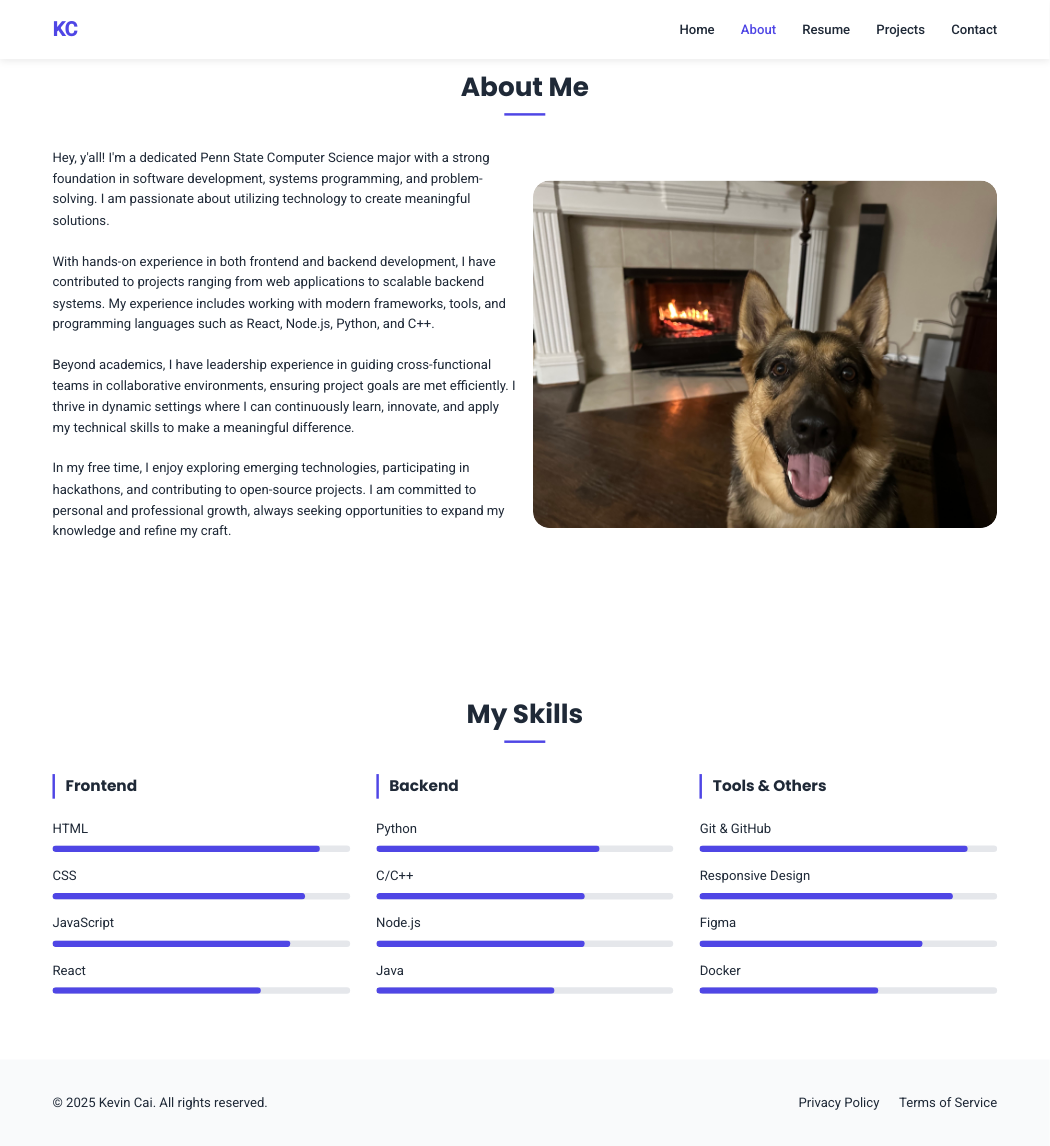
Repository: itskevbo/E-Portfolio
Page: pages/about.html
An editor plug-in stored every save of this project. The page is shown before and after the next save, followed by the edit.
The browser window is 1280 px wide. The pictures show the whole page, at 82% of full size.

Above is the page before, as saved 2025-04-22 23:27:30.

### pages/about.html
<!DOCTYPE html>
<html lang="en">
<head>
    <meta charset="UTF-8">
    <meta name="viewport" content="width=device-width, initial-scale=1.0">
    <title>Kevin Cai | About Me</title>
    <meta name="description" content="Learn more about Kevin Cai and his background">

    <!-- Favicon -->
    <link rel="icon" href="../assets/images/favicon.ico">

    <!-- CSS -->
    <link rel="stylesheet" href="../styles/main.css">

    <!-- Google Fonts -->
    <link rel="preconnect" href="https://fonts.googleapis.com">
    <link rel="preconnect" href="https://fonts.gstatic.com" crossorigin>
    <link href="https://fonts.googleapis.com/css2?family=Poppins:wght@300;400;500;700&family=Roboto:wght@400;500&display=swap" rel="stylesheet">

    <!-- Scroll Reveal (ScrollReveal.js) -->
    <script src="https://unpkg.com/scrollreveal@4.0.9/dist/scrollreveal.min.js"></script>
</head>
<body>
    <!-- Header Component -->
    <header class="header" id="header">
        <div class="container">
            <div class="header__logo">
                <a href="../index.html" class="logo">KC</a>
            </div>

            <nav class="header__nav" id="nav-menu">
                <ul class="header__nav-list">
                    <li class="header__nav-item"><a href="../index.html" class="header__nav-link">Home</a></li>
                    <li class="header__nav-item"><a href="about.html" class="header__nav-link active">About</a></li>
                    <li class="header__nav-item"><a href="resume.html" class="header__nav-link">Resume</a></li>
                    <li class="header__nav-item"><a href="projects.html" class="header__nav-link">Projects</a></li>
                    <li class="header__nav-item"><a href="contact.html" class="header__nav-link">Contact</a></li>
                </ul>

                <div class="header__nav-toggle" id="nav-toggle">
                    <span></span>
                    <span></span>
                    <span></span>
                </div>
            </nav>
        </div>
    </header>

    <main>
        <!-- About Section Component -->
        <section class="about section" id="about">
            <div class="container">
            <h2 class="section__title">About Me</h2>
                <div class="about__content" style="display: flex; align-items: center; gap: 20px;">
                    <div class="about__text" style="flex: 1;">
                        <p>Hey, y'all! I'm a dedicated Penn State Computer Science major with a strong foundation in software development, systems programming, and problem-solving. I am passionate about utilizing technology to create meaningful solutions.</p>
                        <p>With hands-on experience in both frontend and backend development, I have contributed to projects ranging from web applications to scalable backend systems. My experience includes working with modern frameworks, tools, and programming languages such as React, Node.js, Python, and C++.</p>
                        <p>Beyond academics, I have leadership experience in guiding cross-functional teams in collaborative environments, ensuring project goals are met efficiently. I thrive in dynamic settings where I can continuously learn, innovate, and apply my technical skills to make a meaningful difference.</p>
                        <p>In my free time, I enjoy exploring emerging technologies, participating in hackathons, and contributing to open-source projects. I am committed to personal and professional growth, always seeking opportunities to expand my knowledge and refine my craft.</p>
                    </div>
                    <div class="about__image" style="flex: 1; overflow: hidden; border-radius: 20px; display: flex; justify-content: center; align-items: center;">
                        <img src="../assets/images/placeholder.jpeg" alt="About Image" class="about__image-img" style="width: 100%; height: auto; object-fit: cover; border-radius: inherit;">
                    </div>
                </div>
            </div>
        </section>

        <!-- Skills Section Component -->
        <section class="skills section" id="skills">
            <div class="container">
                <h2 class="section__title">My Skills</h2>
                <div class="skills__content">
                    <div class="skills__category">
                        <h3 class="skills__category-title">Frontend</h3>
                        <div class="skills__list">
                            <div class="skill-item">
                                <span class="skill-item__name">HTML</span>
                                <div class="skill-item__bar">
                                    <div class="skill-item__progress" style="width: 90%"></div>
                                </div>
                            </div>
                            <div class="skill-item">
                                <span class="skill-item__name">CSS</span>
                                <div class="skill-item__bar">
                                    <div class="skill-item__progress" style="width: 85%"></div>
                                </div>
                            </div>
                            <div class="skill-item">
                                <span class="skill-item__name">JavaScript</span>
                                <div class="skill-item__bar">
                                    <div class="skill-item__progress" style="width: 80%"></div>
                                </div>
                            </div>
                            <div class="skill-item">
                                <span class="skill-item__name">React</span>
                                <div class="skill-item__bar">
                                    <div class="skill-item__progress" style="width: 70%"></div>
                                </div>
                            </div>
                        </div>
                    </div>

                    <div class="skills__category">
                        <h3 class="skills__category-title">Backend</h3>
                        <div class="skills__list">
                            <div class="skill-item">
                                <span class="skill-item__name">Python</span>
                                <div class="skill-item__bar">
                                    <div class="skill-item__progress" style="width: 75%"></div>
                                </div>
                            </div>
                            <div class="skill-item">
                                <span class="skill-item__name">C/C++</span>
                                <div class="skill-item__bar">
                                    <div class="skill-item__progress" style="width: 70%"></div>
                                </div>
                            </div>
                            <div class="skill-item">
                                <span class="skill-item__name">Node.js</span>
                                <div class="skill-item__bar">
                                    <div class="skill-item__progress" style="width: 70%"></div>
                                </div>
                            </div>
                            <div class="skill-item">
                                <span class="skill-item__name">Java</span>
                                <div class="skill-item__bar">
                                    <div class="skill-item__progress" style="width: 60%"></div>
                                </div>
                            </div>
                        </div>
                    </div>

                    <div class="skills__category">
                        <h3 class="skills__category-title">Tools & Others</h3>
                        <div class="skills__list">
                            <div class="skill-item">
                                <span class="skill-item__name">Git & GitHub</span>
                                <div class="skill-item__bar">
                                    <div class="skill-item__progress" style="width: 90%"></div>
                                </div>
                            </div>
                            <div class="skill-item">
                                <span class="skill-item__name">Responsive Design</span>
                                <div class="skill-item__bar">
                                    <div class="skill-item__progress" style="width: 85%"></div>
                                </div>
                            </div>
                            <div class="skill-item">
                                <span class="skill-item__name">Figma</span>
                                <div class="skill-item__bar">
                                    <div class="skill-item__progress" style="width: 75%"></div>
                                </div>
                            </div>
                            <div class="skill-item">
                                <span class="skill-item__name">Docker</span>
                                <div class="skill-item__bar">
                                    <div class="skill-item__progress" style="width: 60%"></div>
                                </div>
                            </div>
                        </div>
                    </div>
                </div>
            </div>
        </section>
    </main>

    <!-- Footer Component -->
    <footer class="footer">
        <div class="container">
            <div class="footer__content">
                <p>&copy; 2025 Kevin Cai. All rights reserved.</p>
                <div class="footer__links">
                    <a href="#" class="footer__link">Privacy Policy</a>
                    <a href="#" class="footer__link">Terms of Service</a>
                </div>
            </div>
        </div>
    </footer>

    <!-- JS -->
    <script src="../scripts/main.js"></script>
</body>
</html>

### styles/main.css
/*=============== VARIABLES ===============*/
:root {
    /* Colors */
    --primary-color: #4f46e5;
    --primary-color-alt: #2f24a5;
    --secondary-color: #3b82f6;
    --accent-color: #8b5cf6;
    --text-color: #1f2937;
    --text-color-light: #6b7280;
    --body-color: #ffffff;
    --container-color: #f9fafb;
    --border-color: #e5e7eb;
    --success-color: #10b981;
    --error-color: #ef4444;

    /* Typography */
    --body-font: 'Roboto', sans-serif;
    --heading-font: 'Poppins', sans-serif;
    --h1-font-size: 2.5rem;
    --h2-font-size: 2rem;
    --h3-font-size: 1.5rem;
    --normal-font-size: 1rem;
    --small-font-size: 0.875rem;
    --smaller-font-size: 0.75rem;

    /* Font weights */
    --font-light: 300;
    --font-regular: 400;
    --font-medium: 500;
    --font-bold: 700;

    /* Z-index */
    --z-tooltip: 10;
    --z-fixed: 100;

    /* Transitions */
    --transition: all 0.3s ease;
}

/*=============== BASE ===============*/
* {
    margin: 0;
    padding: 0;
    box-sizing: border-box;
}

html {
    scroll-behavior: smooth;
}

body {
    font-family: var(--body-font);
    font-size: var(--normal-font-size);
    color: var(--text-color);
    background-color: var(--body-color);
    line-height: 1.6;
}

h1, h2, h3 {
    font-family: var(--heading-font);
    font-weight: var(--font-bold);
    color: var(--text-color);
}

ul {
    list-style: none;
}

a {
    text-decoration: none;
    color: var(--text-color);
    transition: var(--transition);
}

a:hover {
    color: var(--primary-color);
}

img {
    max-width: 100%;
    height: auto;
}

button,
input,
textarea {
    font-family: var(--body-font);
    font-size: var(--normal-font-size);
    outline: none;
    border: none;
}

button {
    cursor: pointer;
    background: none;
}

/*=============== REUSABLE CLASSES ===============*/
.container {
    max-width: 1200px;
    margin: 0 auto;
    padding: 0 1.5rem;
}

.section {
    padding: 5rem 0;
}

.section__title {
    font-size: var(--h2-font-size);
    text-align: center;
    margin-bottom: 3rem;
    position: relative;
}

.section__title::after {
    content: '';
    position: absolute;
    width: 50px;
    height: 3px;
    background-color: var(--primary-color);
    bottom: -10px;
    left: 50%;
    transform: translateX(-50%);
}

.highlight {
    color: var(--primary-color);
}

.grid {
    display: grid;
    gap: 1.5rem;
}

/*=============== BUTTONS ===============*/
.btn {
    display: inline-flex;
    align-items: center;
    justify-content: center;
    padding: 0.75rem 1.5rem;
    border-radius: 0.5rem;
    font-weight: var(--font-medium);
    transition: var(--transition);
}

.btn-primary {
    background-color: var(--primary-color);
    color: white;
}

.btn-primary:hover {
    background-color: var(--primary-color-alt);
    color: white;
}

.btn-outline {
    border: 2px solid var(--primary-color);
    color: var(--primary-color);
}

.btn-outline:hover {
    background-color: var(--primary-color);
    color: white;
}

/*=============== HEADER & NAV ===============*/
.header {
    position: fixed;
    top: 0;
    left: 0;
    width: 100%;
    background-color: var(--body-color);
    box-shadow: 0 2px 10px rgba(0, 0, 0, 0.1);
    z-index: var(--z-fixed);
}

.header .container {
    display: flex;
    align-items: center;
    justify-content: space-between;
    height: 4.5rem;
}

.header__logo .logo {
    font-size: 1.5rem;
    font-weight: var(--font-bold);
    color: var(--primary-color);
}

.header__nav {
    display: flex;
    align-items: center;
}

.header__nav-list {
    display: flex;
    gap: 2rem;
}

.header__nav-link {
    font-weight: var(--font-medium);
}

.header__nav-link.active {
    color: var(--primary-color);
}

.header__nav-toggle {
    display: none;
    flex-direction: column;
    gap: 5px;
    cursor: pointer;
}

.header__nav-toggle span {
    width: 25px;
    height: 2px;
    background-color: var(--text-color);
    transition: var(--transition);
}

/*=============== HERO ===============*/
.hero {
    min-height: 100vh;
    display: flex;
    align-items: center;
    padding-top: 4.5rem;
}

.hero .container {
    display: grid;
    grid-template-columns: 1fr 1fr;
    align-items: center;
    gap: 2.5rem;
}

.hero__title {
    font-size: var(--h1-font-size);
    margin-bottom: 1rem;
}

.hero__subtitle {
    font-size: var(--h3-font-size);
    color: var(--primary-color);
    margin-bottom: 1.5rem;
}

.hero__description {
    margin-bottom: 2rem;
    max-width: 400px;
}

.hero__actions {
    display: flex;
    gap: 1rem;
}

.hero__image-placeholder {
    background-color: var(--border-color);
    border-radius: 1rem;
    height: 400px;
    width: 100%;
}

/*=============== ABOUT ===============*/
.about__content {
    display: grid;
    grid-template-columns: 1fr 1fr;
    gap: 2.5rem;
    align-items: center;
}

.about__text p {
    margin-bottom: 1.5rem;
}

.about__image-placeholder {
    background-color: var(--border-color);
    border-radius: 1rem;
    height: 400px;
    width: 100%;
}

/*=============== PROJECTS ===============*/
.projects__filter {
    display: flex;
    justify-content: center;
    flex-wrap: wrap;
    gap: 1rem;
    margin-bottom: 2rem;
}

.projects__filter-btn {
    padding: 0.5rem 1.5rem;
    border-radius: 0.5rem;
    color: var(--text-color);
    font-weight: var(--font-medium);
    transition: var(--transition);
}

.projects__filter-btn:hover,
.projects__filter-btn.active {
    background-color: var(--primary-color);
    color: white;
}

.projects__grid {
    display: grid;
    grid-template-columns: repeat(auto-fill, minmax(280px, 1fr));
    gap: 2rem;
}

.project-card {
    background-color: var(--container-color);
    border-radius: 1rem;
    overflow: hidden;
    box-shadow: 0 4px 15px rgba(0, 0, 0, 0.1);
    transition: var(--transition);
}

.project-card:hover {
    transform: translateY(-10px);
    box-shadow: 0 10px 25px rgba(0, 0, 0, 0.2);
}

.project-card__image-placeholder {
    background-color: var(--border-color);
    height: 200px;
    width: 100%;
}

.project-card__content {
    padding: 1.5rem;
}

.project-card__title {
    margin-bottom: 0.75rem;
}

.project-card__description {
    color: var(--text-color-light);
    margin-bottom: 1rem;
}

.project-card__tags {
    display: flex;
    flex-wrap: wrap;
    gap: 0.5rem;
    margin-bottom: 1rem;
}

.tag {
    background-color: rgba(79, 70, 229, 0.1);
    color: var(--primary-color);
    padding: 0.25rem 0.75rem;
    border-radius: 0.5rem;
    font-size: var(--small-font-size);
}

.project-card__links {
    display: flex;
    gap: 1rem;
}

.project-card__link {
    color: var(--text-color-light);
}

.project-card__link:hover {
    color: var(--primary-color);
}

/*=============== SKILLS ===============*/
.skills__content {
    display: grid;
    grid-template-columns: repeat(auto-fit, minmax(300px, 1fr));
    gap: 2rem;
}

.skills__category-title {
    margin-bottom: 1.5rem;
    position: relative;
    display: inline-block;
    padding-left: 1rem;
}

.skills__category-title::before {
    content: '';
    position: absolute;
    width: 3px;
    height: 100%;
    background-color: var(--primary-color);
    left: 0;
    top: 0;
}

.skills__list {
    display: grid;
    gap: 1rem;
}

.skill-item {
    display: grid;
    gap: 0.5rem;
}

.skill-item__name {
    display: flex;
    justify-content: space-between;
}

.skill-item__bar {
    width: 100%;
    height: 8px;
    background-color: var(--border-color);
    border-radius: 1rem;
    overflow: hidden;
}

.skill-item__progress {
    height: 100%;
    background-color: var(--primary-color);
    border-radius: 1rem;
}

/*=============== CONTACT ===============*/
.contact__content {
    display: grid;
    grid-template-columns: 1fr 2fr;
    gap: 2.5rem;
}

.contact__info {
    display: grid;
    gap: 2rem;
}

.contact__info-item {
    display: flex;
    align-items: center;
    gap: 1rem;
}

.contact__social {
    display: flex;
    gap: 1rem;
}

.contact__social-link {
    display: flex;
    align-items: center;
    justify-content: center;
    width: 40px;
    height: 40px;
    border-radius: 50%;
    background-color: var(--container-color);
    color: var(--text-color);
    transition: var(--transition);
}

.contact__social-link:hover {
    background-color: var(--primary-color);
    color: white;
}

.contact__form {
    display: grid;
    gap: 1.5rem;
}

.form-group {
    display: grid;
    gap: 0.5rem;
}

.form-group label {
    font-weight: var(--font-medium);
}

.form-group input,
.form-group textarea {
    width: 100%;
    padding: 0.75rem 1rem;
    border: 1px solid var(--border-color);
    border-radius: 0.5rem;
    background-color: var(--container-color);
    transition: var(--transition);
}

.form-group input:focus,
.form-group textarea:focus {
    border-color: var(--primary-color);
}

.form-group textarea {
    height: 150px;
    resize: none;
}

/*=============== FOOTER ===============*/
.footer {
    background-color: var(--container-color);
    padding: 2.5rem 0;
}

.footer__content {
    display: flex;
    justify-content: space-between;
    align-items: center;
}

.footer__links {
    display: flex;
    gap: 1.5rem;
}

/*=============== PAGE TRANSITIONS ===============*/
/** Simple page transitions for now
 *  My goal is to try to add more complex animations later
 */
.page-transition {
    animation: fadeIn 1.0s ease forwards;
}

@keyframes fadeIn {
    from {
        opacity: 0;
    }
    to {
        opacity: 1;
    }
}

@keyframes fadeOut {
    from {
        opacity: 1;
    }
    to {
        opacity: 0;
    }
}

.fade-out {
    animation: fadeOut 1.0s ease forwards;
}

/*=============== MEDIA QUERIES ===============*/
/* For medium devices */
@media screen and (max-width: 968px) {
    :root {
        --h1-font-size: 2.25rem;
        --h2-font-size: 1.75rem;
        --h3-font-size: 1.25rem;
    }

    .hero .container,
    .about__content {
        grid-template-columns: 1fr;
    }

    .hero__image {
        grid-row: 1;
    }

    .contact__content {
        grid-template-columns: 1fr;
    }
}

/* For small devices */
@media screen and (max-width: 768px) {
    .header__nav-list {
        position: fixed;
        top: 4.5rem;
        right: -100%;
        background-color: var(--body-color);
        width: 80%;
        height: 100vh;
        flex-direction: column;
        align-items: center;
        justify-content: center;
        padding: 3rem 0;
        box-shadow: -5px 0 15px rgba(0, 0, 0, 0.1);
        transition: var(--transition);
    }

    .header__nav-list.show-menu {
        right: 0;
    }

    .header__nav-toggle {
        display: flex;
    }

    .header__nav-toggle.active span:nth-child(1) {
        transform: rotate(45deg) translate(5px, 5px);
    }

    .header__nav-toggle.active span:nth-child(2) {
        opacity: 0;
    }

    .header__nav-toggle.active span:nth-child(3) {
        transform: rotate(-45deg) translate(5px, -5px);
    }

    .footer__content {
        flex-direction: column;
        gap: 1rem;
    }
}

/* For smaller devices */
@media screen and (max-width: 350px) {
    :root {
        --h1-font-size: 2rem;
        --h2-font-size: 1.5rem;
        --h3-font-size: 1.25rem;
    }

    .container {
        padding: 0 1rem;
    }

    .hero__actions {
        flex-direction: column;
        width: 100%;
    }

    .hero__actions .btn {
        width: 100%;
        text-align: center;
    }

    .projects__filter {
        flex-direction: column;
        width: 100%;
    }
}

Loaded but not shown: scripts/main.js (256 lines, source omitted)

After the next save:
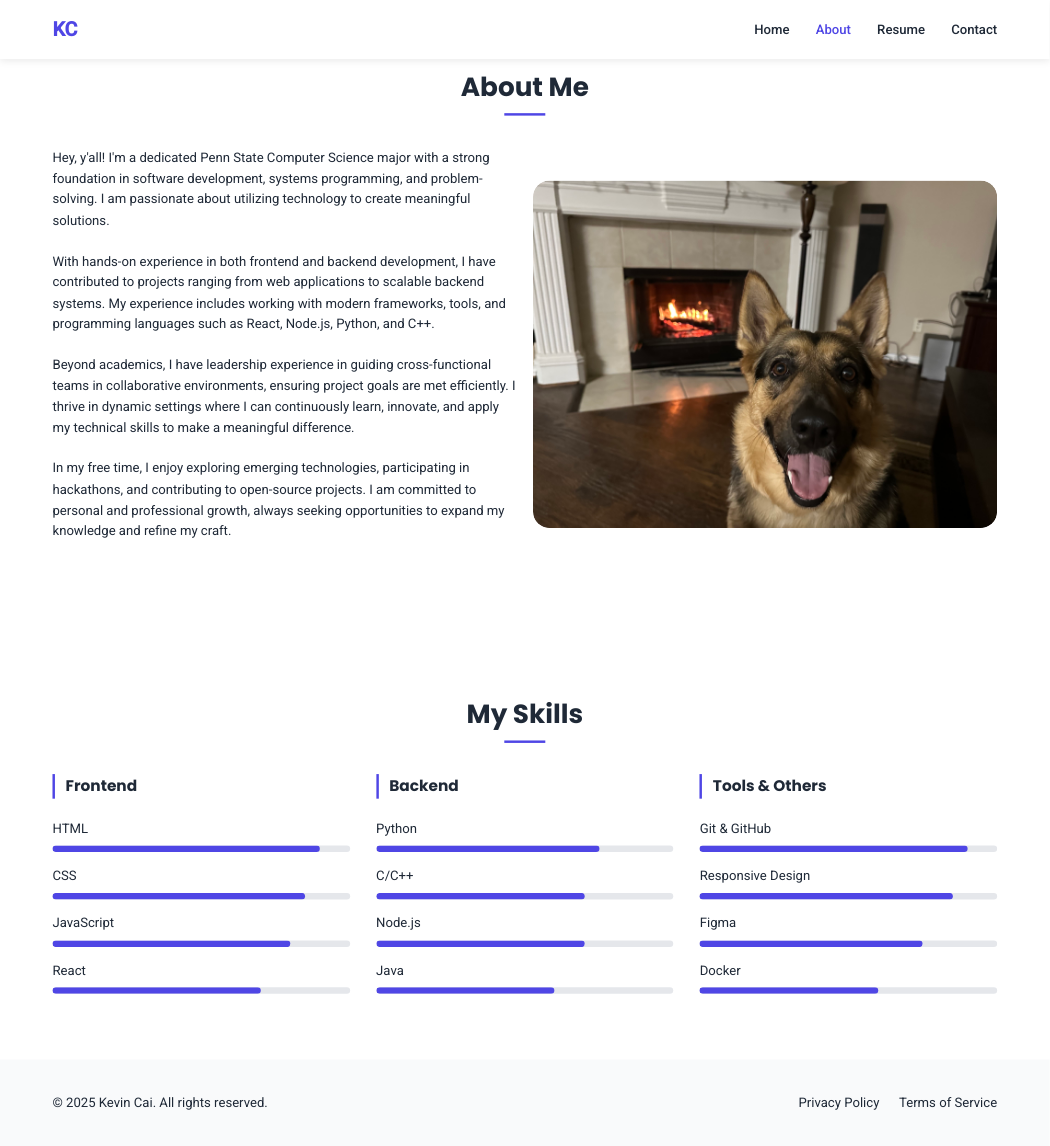
Saved 20 s later.
--- a/pages/about.html
+++ b/pages/about.html
@@ -33,7 +33,6 @@
                     <li class="header__nav-item"><a href="../index.html" class="header__nav-link">Home</a></li>
                     <li class="header__nav-item"><a href="about.html" class="header__nav-link active">About</a></li>
                     <li class="header__nav-item"><a href="resume.html" class="header__nav-link">Resume</a></li>
-                    <li class="header__nav-item"><a href="projects.html" class="header__nav-link">Projects</a></li>
                     <li class="header__nav-item"><a href="contact.html" class="header__nav-link">Contact</a></li>
                 </ul>
 
